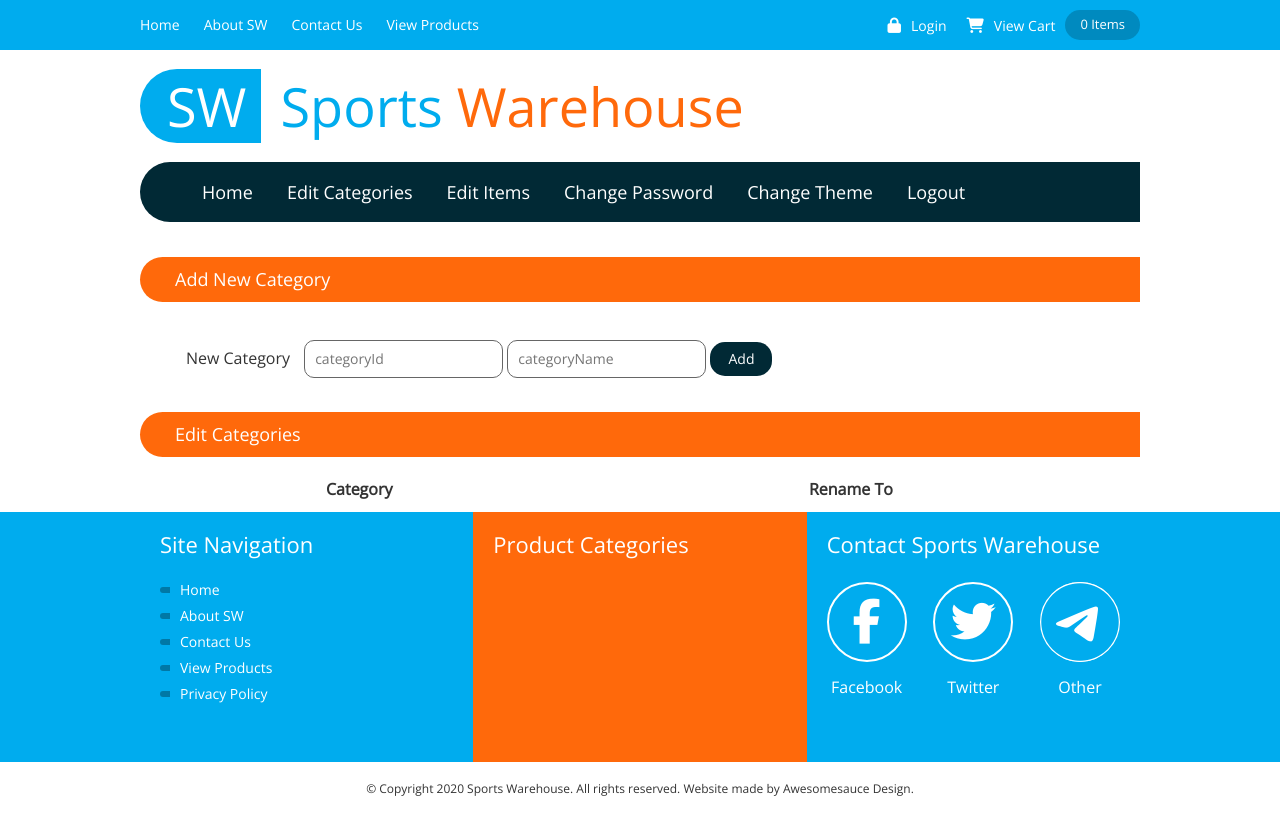
Repository: TonyHoukun-2022/sportswarehouse-php
Page: http://localhost/editCategories.php
An editor plug-in stored every save of this project. The page is shown before and after the next save, followed by the edit.
The browser window is 1280 px wide. The pictures show the whole page.
Some web libraries are served in a nearby version. The page is run by PHP 8.4 with error messages shown; the project is at /var/www/html/. The session is filled in as if someone had signed in: {"username": "testuser"}. Queries for data that is not in the repository find no rows.

Above is the page before, as saved 2021-11-08 14:41:40.

After the next save:
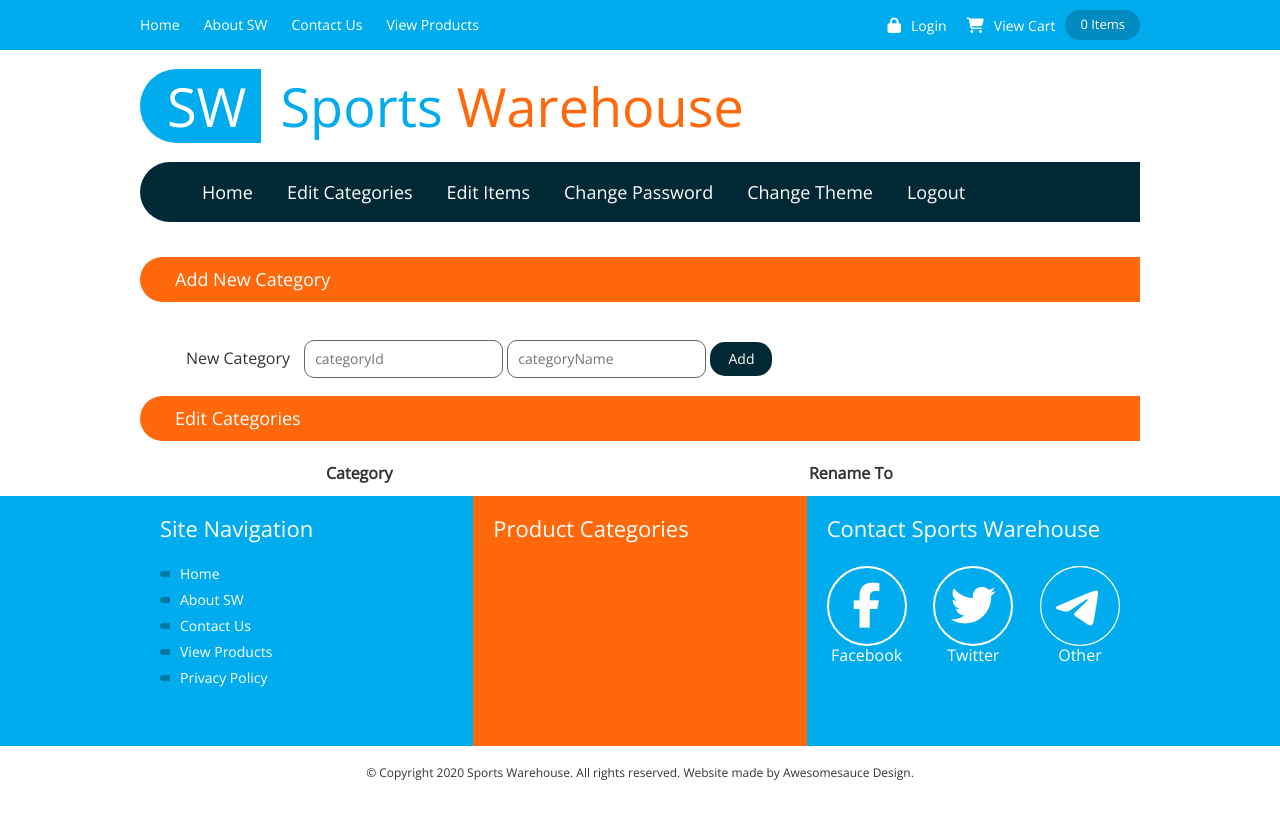
Saved 3 min 15 s later.
--- a/styles/style.css
+++ b/styles/style.css
@@ -145,7 +145,9 @@ template {
 [hidden] {
   display: none;
 }
-
+p {
+  margin: 0;
+}
 :root {
   --background: #fff;
   --mainBrand: #00acee;
